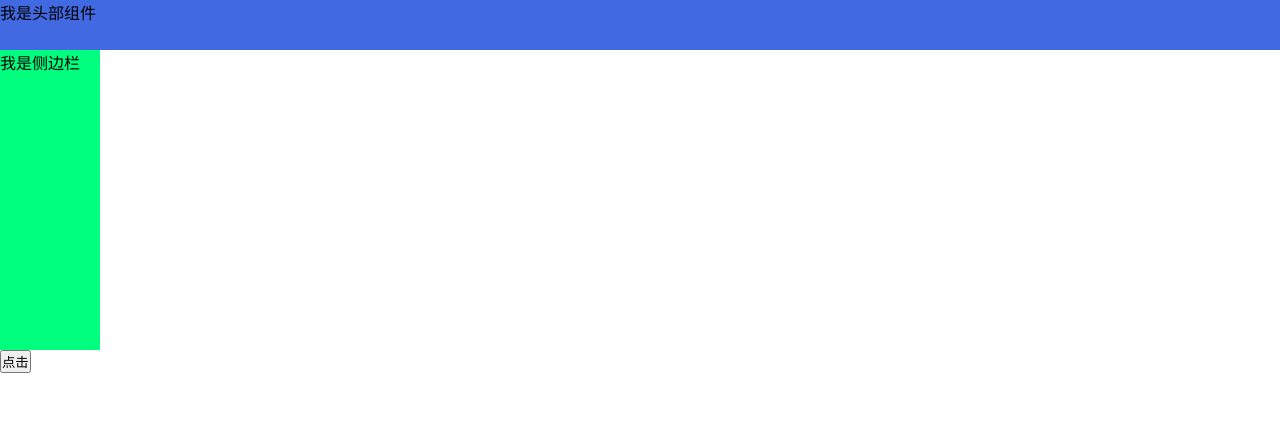
Repository: wujingwenwu/lianxi
Page: /child
The author's editor kept a copy of each file at every save. The page is drawn from the files as they stood at one save, then again after the next save.
The browser window is 1280 px wide. The pictures show the whole page.
The project was rebuilt for these pictures with package versions that can differ from the ones it lists, and the page was loaded fresh each time. Also part of the build but not shown: src/views/Home.vue.

Above is the page before, as saved 2020-06-04 22:17:12.

### src/App.vue
<template>
  <div id="app">
  <keep-alive include="Home,Detail">
     <router-view/>
  </keep-alive>

  </div>
</template>

<style lang="scss">
*{
  margin: 0;
  padding: 0;
}
</style>

### src/router/index.js
import Vue from 'vue'
import VueRouter from 'vue-router'
import Home from '../views/Home.vue'

Vue.use(VueRouter)
  const routes = [
    {
     path:'/home',
     redirect:'/'
    },
    {
      path: '/',
      name: 'Parent',
      component: () => import('../views/paeent/Parent'),
      meta:{
        title:'首页'
      },
      children:[
        {
          path: 'child',
          name: 'child',
          component: () => import('../views/child/Child'),
          meta:{
            title:'头部页'
          }
        }

      ]
    },
    {
      path: '/detail',
      name: 'detail',
      component: () => import('../views/detail/Detail')
    },
  {
    path: '/home',
    name: 'Home',
    component: Home
  },
  {
    path: '/about',
    name: 'About',
    component: () => import('../views/About.vue')
  },


  {
    path:'*',
    component: () => import('../views/err/Err')
  }
]

const router = new VueRouter({
  mode: 'history',
  base: process.env.BASE_URL,
  routes
})

router.beforeEach((to,from,next) =>{
  document.title=to.meta.title
  next()
})
export default router

### src/views/paeent/Parent.vue
<template>
 <div>
   <div class="item">我是头部组件</div>
   <div class="item1">我是侧边栏</div>
   <button @click="azz">点击</button>
   <router-view></router-view>
 </div>
</template>

<script>
 export default {
   name:'',
   props:{

    },
   data () {
     return {

   }
   },
   components: {

   },
   methods: {
       azz(){
           this.router.push('child')
       }
   },
   mounted() {

   },
   watch: {

   },
   computed: {

   }
 }
</script>

<style scoped lang='scss'>
.item{
    width: 100%;
    height: 50px;
    background: royalblue;
}
.item1{
    width: 100px;
    height: 300px;
    background: springgreen;
}
</style>

### src/views/child/Child.vue
<template>
 <div>

 </div>
</template>

<script>
 export default {
   name:'',
   props:{

    },
   data () {
     return {

   }
   },
   components: {

   },
   methods: {

   },
   mounted() {

   },
   watch: {

   },
   computed: {

   }
 }
</script>

<style scoped lang='scss'>

</style>

Loaded but not shown: public/index.html (common file); src/main.js (common file); src/store/index.js (common file)

After the next save:
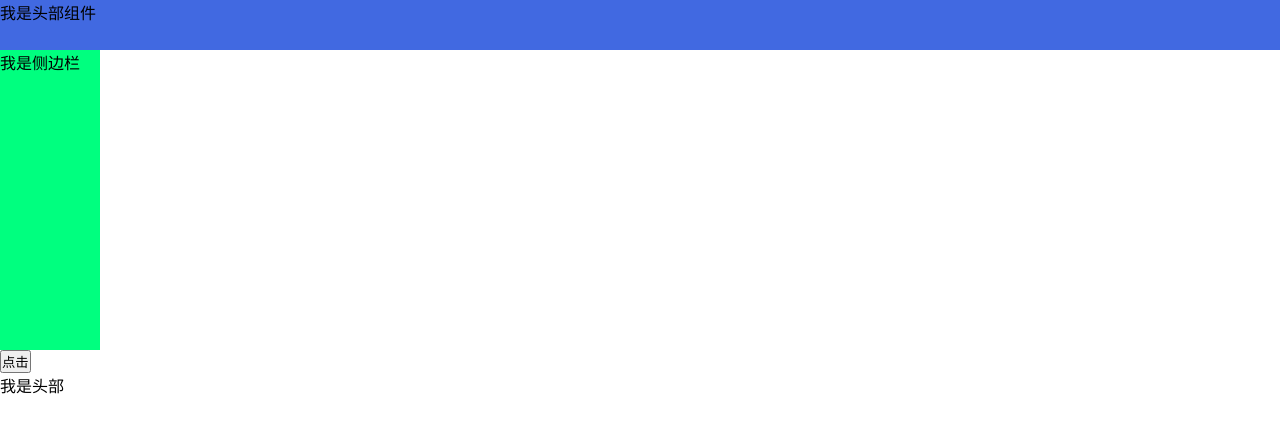
Saved 28 s later.
--- a/src/views/child/Child.vue
+++ b/src/views/child/Child.vue
@@ -1,6 +1,6 @@
 <template>
  <div>
-
+   <div>我是头部</div>
  </div>
 </template>
 
